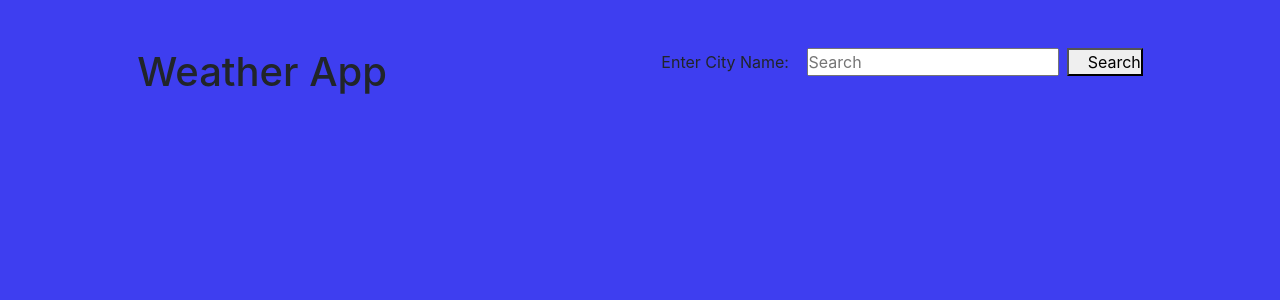
Repository: bhaveshtrades/weatherapp
Page: /
These files come from the project's save history. The page is drawn as it stood at one moment and after the next save; the edit follows.
The browser window is 1280 px wide. The pictures show the whole page.
The project was rebuilt for these pictures with package versions that can differ from the ones it lists, and the page was loaded fresh each time. Also part of the build but not shown: src/components/CurrentWeather.jsx.

Above is the page before, as saved 2023-01-08 19:11:11.

### public/index.html
<!DOCTYPE html>
<html lang="en">
  <head>
    <meta charset="utf-8" />
    <link rel="icon" href="%PUBLIC_URL%/favicon.ico" />
    <meta name="viewport" content="width=device-width, initial-scale=1" />
    <meta name="theme-color" content="#000000" />
    <meta
      name="description"
      content="Web site created using create-react-app"
    />
    <link rel="apple-touch-icon" href="%PUBLIC_URL%/logo192.png" />
    <!--
      manifest.json provides metadata used when your web app is installed on a
      user's mobile device or desktop. See https://developers.google.com/web/fundamentals/web-app-manifest/
    -->
    <link rel="manifest" href="%PUBLIC_URL%/manifest.json" />
    <link href="https://cdn.jsdelivr.net/npm/bootstrap@5.3.0-alpha1/dist/css/bootstrap.min.css" rel="stylesheet" integrity="sha384-GLhlTQ8iRABdZLl6O3oVMWSktQOp6b7In1Zl3/Jr59b6EGGoI1aFkw7cmDA6j6gD" crossorigin="anonymous" />
  </head>

    <!--
      Notice the use of %PUBLIC_URL% in the tags above.
      It will be replaced with the URL of the `public` folder during the build.
      Only files inside the `public` folder can be referenced from the HTML.

      Unlike "/favicon.ico" or "favicon.ico", "%PUBLIC_URL%/favicon.ico" will
      work correctly both with client-side routing and a non-root public URL.
      Learn how to configure a non-root public URL by running `npm run build`.
    -->
    <title>React App</title>
  </head>
  <body>
    <noscript>You need to enable JavaScript to run this app.</noscript>
    <div id="root"></div>
    <!--
      This HTML file is a template.
      If you open it directly in the browser, you will see an empty page.

      You can add webfonts, meta tags, or analytics to this file.
      The build step will place the bundled scripts into the <body> tag.

      To begin the development, run `npm start` or `yarn start`.
      To create a production bundle, use `npm run build` or `yarn build`.
    -->
  </body>
  <script src="https://cdn.jsdelivr.net/npm/@popperjs/core@2.11.6/dist/umd/popper.min.js" integrity="sha384-oBqDVmMz9ATKxIep9tiCxS/Z9fNfEXiDAYTujMAeBAsjFuCZSmKbSSUnQlmh/jp3" crossorigin="anonymous"></script>
  <script src="https://cdn.jsdelivr.net/npm/bootstrap@5.3.0-alpha1/dist/js/bootstrap.min.js" integrity="sha384-mQ93GR66B00ZXjt0YO5KlohRA5SY2XofN4zfuZxLkoj1gXtW8ANNCe9d5Y3eG5eD" crossorigin="anonymous"></script>
</html>

### src/App.js
import React, { useState } from 'react';
import './App.css';
import CurrentWeather from './components/CurrentWeather';
import Navbar from './components/Navbar';

function App() {

    const apiKey = process.env.REACT_APP_API_KEY;

    const[city, setCity] = useState();
    const[weatherData, setWeatherData] = useState([]);
    const[country, setCountry] = useState();
    const[location, setLocation] = useState();
    const[currentDate, setCurrentDate] = useState();
    const[currentDay, setCurrentDay] = useState();
    const[currentMonth, setCurrentMonth] = useState();
    const[currentIcon, setCurrentIcon] = useState();
    const[currentTemp, setCurrentTemp] = useState();
    const[currentStatus, setCurrentStatus] = useState();


    const weekDays = ['Sunday', 'Monday', 'Tuesday', 'Wednesday', 'Thursday', 'Friday', 'Saturday'];
    const months = ["January","February","March","April","May","June","July","August","September","October","November","December"];

    const currentAPI = `http://api.weatherapi.com/v1/current.json?key=${apiKey}&q=${city}`;

     const getWeather = (e)=>{
      e.preventDefault();
      fetch(currentAPI).then(data => data.json())
      .then((response)=>{
        setWeatherData([response]);
        setCountry(response.location.country);
        setLocation(response.location.name);
        setCurrentDate(new Date(`${response.current.last_updated}`).getDate());
        setCurrentDay(new Date(`${response.current.last_updated}`).getDay());
        setCurrentMonth(new Date(`${response.current.last_updated}`).getMonth());
        setCurrentIcon(response.current.condition.icon);
        setCurrentTemp(response.current.temp_c);
        setCurrentStatus(response.current.condition.text);
      });
    }


  return (
    <>
    <Navbar resultProp={getWeather} cityProp={(e)=>{setCity(e.target.value)}}/>
    {weatherData.length !==0 && <CurrentWeather countryProp={country} locationProp={location} dayProp={weekDays[currentDay]} dateProp={currentDate} monthProp={months[currentMonth]} currentIconProp={currentIcon} currentTempProp={currentTemp} currentStatusProp={currentStatus}/>}
    </>
  );
}

export default App;

### src/App.css
*{
  padding: 0;
  margin: 0;
}

body{
  background-color: rgba(61, 61, 240, 0.993);
}

.nDiv1{
  display: flex;
  justify-content: space-around;
  padding-top: 3rem;
}

.searchInput{
  margin-left: 1.1rem;
}

.searchButton{
  margin-left: 0.5rem;
  padding-left: 1.2rem;
}

.cDiv1{
  margin-top: 4rem;
  padding-left: 7rem;
  color: whitesmoke;
}

.cDiv2{
  display: flex;
}

.cDiv3{
  display: flex;
  gap: 4rem;
  justify-content: center;
}

.cDiv5{
  padding-top: 2rem;
}

.cDiv6{
  padding-left: 2rem;
}

.currentIcon{
  height: 8rem;
  width: 8rem;
}

### src/components/Navbar.jsx
import React from 'react'

function Navbar({resultProp, cityProp}){

  return (
    <>
    <div className='nDiv1'>
    <div className='nDiv2'>
    <h1>Weather App</h1>
    </div>
    <div className='nDiv3'>
    <form className='searchBox' role="search" onSubmit={resultProp}>
        <label htmlFor='searchLocation' className='searchLabel'>Enter City Name: </label>
        <input className='searchInput' id='searchLocation' placeholder='Search' onChange={cityProp}/>
        <button className='searchButton' type="submit">Search</button>
    </form>
    </div>
    </div>
    </>
  )
}

export default Navbar;

Loaded but not shown: src/index.js (common file); src/index.css (common file); src/reportWebVitals.js (common file)

After the next save:
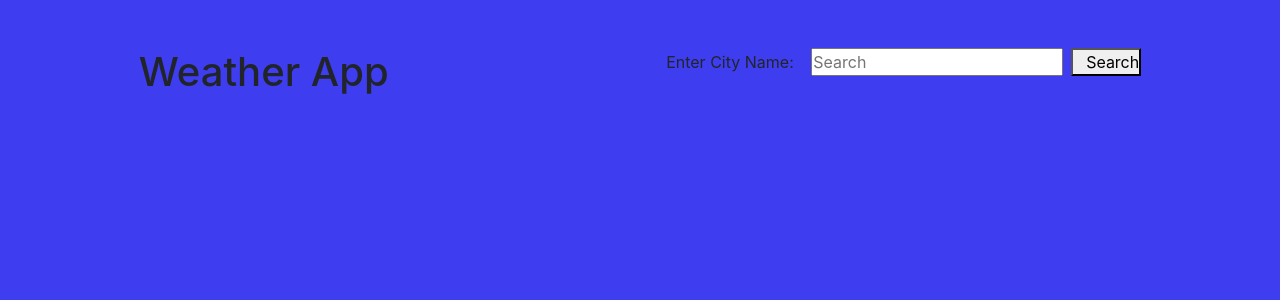
Saved 8 s later.
--- a/src/App.css
+++ b/src/App.css
@@ -19,7 +19,7 @@ body{
 
 .searchButton{
   margin-left: 0.5rem;
-  padding-left: 1.2rem;
+  padding-left: 0.8rem;
 }
 
 .cDiv1{
